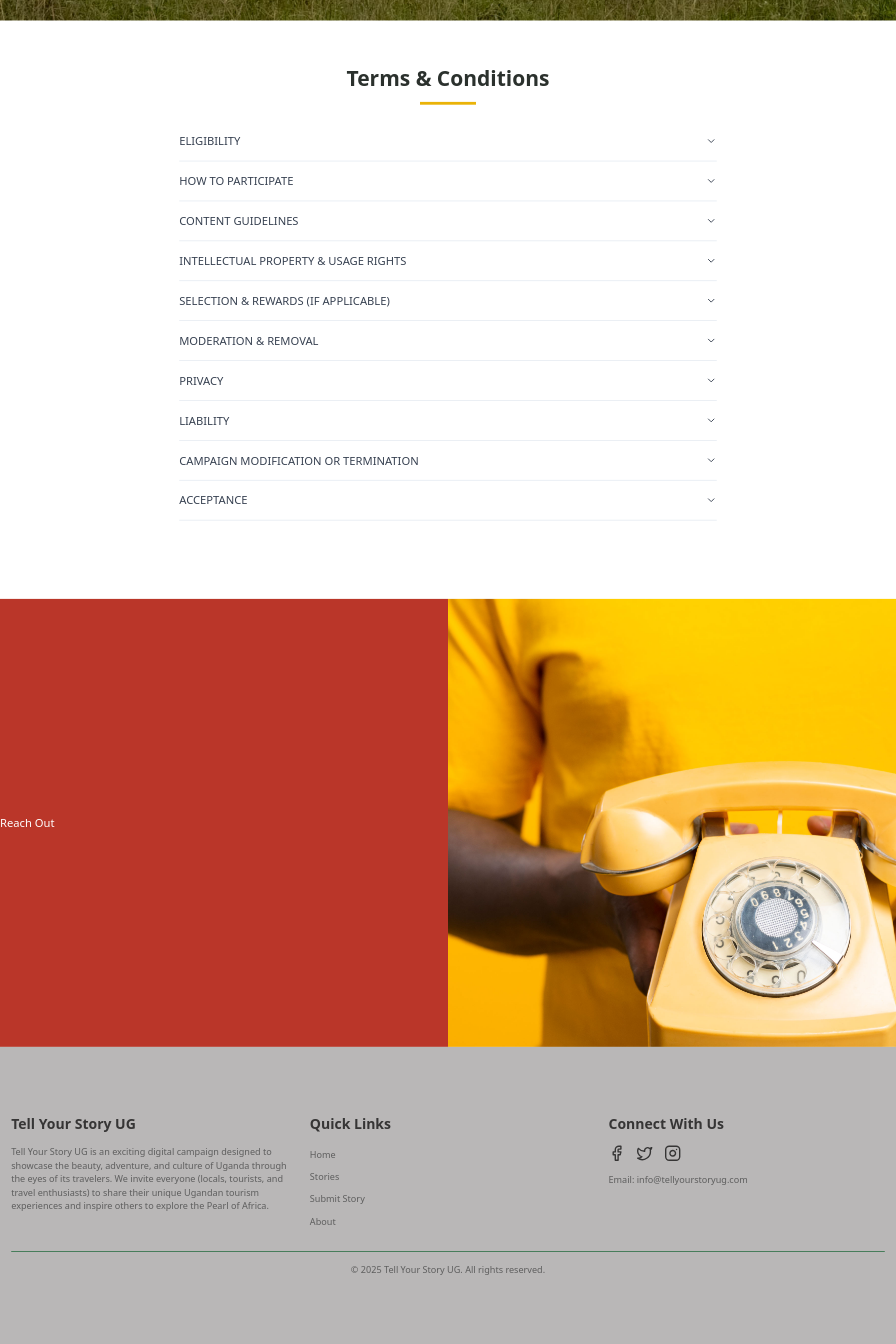
Repository: kaizoku010/take.part
Page: /
The author's editor kept a copy of each file at every save. The page is drawn from the files as they stood at one save, then again after a run of saves.
The browser window is 1280 px wide. The pictures show the part of the page from y = 3382 to 5302 px (the page is 5302 px tall), at 70% of full size.
Backgrounds fixed to the window are drawn as part of the page. The project was rebuilt for these pictures with package versions that can differ from the ones it lists, and the page was loaded fresh each time. Also part of the build but not shown: vite.config.ts, src/components/ui/tooltip.tsx, src/pages/About.tsx, src/components/ui/input.tsx, src/pages/Stories.tsx, src/pages/StoryDetail.tsx, src/components/ui/use-toast.ts, src/components/ui/label.tsx and 3 more.

Above is the page before, as saved 2025-04-14 16:57:33.

### index.html

<!DOCTYPE html>
<html lang="en">
  <head>
    <meta charset="UTF-8" />
    <meta name="viewport" content="width=device-width, initial-scale=1.0" />
    <title>TAKE PART</title>
    <meta name="description" content="Share your Ugandan tourism experiences and inspire others to explore the Pearl of Africa" />
    <meta name="author" content="muneza dixon" />

    <meta property="og:title" content="Tell Your Story UG - Explore Uganda" />
    <meta property="og:description" content="Share your Ugandan tourism experiences and inspire others to explore the Pearl of Africa" />

    <!-- Meta Pixel Code -->
    <script>
    !function(f,b,e,v,n,t,s)
    {if(f.fbq)return;n=f.fbq=function(){n.callMethod?
    n.callMethod.apply(n,arguments):n.queue.push(arguments)};
    if(!f._fbq)f._fbq=n;n.push=n;n.loaded=!0;n.version='2.0';
    n.queue=[];t=b.createElement(e);t.async=!0;
    t.src=v;s=b.getElementsByTagName(e)[0];
    s.parentNode.insertBefore(t,s)}(window, document,'script',
    'https://connect.facebook.net/en_US/fbevents.js');
    fbq('init', '1846327909352916');
    fbq('track', 'PageView');
    </script>
    <!-- End Meta Pixel Code -->
  </head>

  <body>
    <div id="root"></div>
    <!-- Facebook Pixel noscript -->
    <noscript><img height="1" width="1" style="display:none"
    src="https://www.facebook.com/tr?id=1846327909352916&ev=PageView&noscript=1"
    /></noscript>
    <!-- IMPORTANT: DO NOT REMOVE THIS SCRIPT TAG OR THIS VERY COMMENT! -->
    <script src="https://cdn.gpteng.co/gptengineer.js" type="module"></script>
    <script type="module" src="/src/main.tsx"></script>
  </body>
</html>

### src/App.tsx

import { Toaster } from "@/components/ui/toaster";
import { Toaster as Sonner } from "@/components/ui/sonner";
import { TooltipProvider } from "@/components/ui/tooltip";
import { QueryClient, QueryClientProvider } from "@tanstack/react-query";
import { BrowserRouter, Routes, Route } from "react-router-dom";
import Home from "./pages/Home";
import About from "./pages/About";
import Stories from "./pages/Stories";
import StoryDetail from "./pages/StoryDetail";
import SubmitStory from "./pages/SubmitStory";
import NotFound from "./pages/NotFound";
import "./mdx.css";
import "./mobile.css"

const queryClient = new QueryClient();

const App = () => (
  <QueryClientProvider client={queryClient}>
    <TooltipProvider>
      <Toaster />
      <Sonner />
      <BrowserRouter>
        <Routes>
          <Route path="/" element={<Home />} />
          <Route path="/about" element={<About />} />
          <Route path="/stories" element={<Stories />} />
          <Route path="/stories/:id" element={<StoryDetail />} />
          <Route path="/submit-story" element={<SubmitStory />} />
          {/* ADD ALL CUSTOM ROUTES ABOVE THE CATCH-ALL "*" ROUTE */}
          <Route path="*" element={<NotFound />} />
        </Routes>
      </BrowserRouter>
    </TooltipProvider>
  </QueryClientProvider>
);

export default App;

### src/index.css
@tailwind base;
@tailwind components;
@tailwind utilities;

@layer base {
  :root {
    --background: 0 0% 100%;
    --foreground: 222.2 84% 4.9%;

    --card: 0 0% 100%;
    --card-foreground: 222.2 84% 4.9%;

    --popover: 0 0% 100%;
    --popover-foreground: 222.2 84% 4.9%;

    /* Main Orange/Gold */
    --primary: 41.81 100% 49.8%;
    --primary-foreground: 210 40% 98%;

    /* Rust Red */
    --secondary: 5.38 63.88% 44.51%;
    --secondary-foreground: 210 40% 98%;

    /* Change accent to Rust Red */
    --accent: 5.38 63.88% 44.51%;
    --accent-foreground: 210 40% 98%;

    --muted: 210 40% 96.1%;
    --muted-foreground: 215.4 16.3% 46.9%;

    --destructive: 0 84.2% 60.2%;
    --destructive-foreground: 210 40% 98%;

    --border: 214.3 31.8% 91.4%;
    --input: 214.3 31.8% 91.4%;
    --ring: 5.38 63.88% 44.51%;  /* Changed to Rust Red */

    --radius: 0.5rem;

    --sidebar-background: 0 0% 98%;

    --sidebar-foreground: 240 5.3% 26.1%;

    --sidebar-primary: 240 5.9% 10%;

    --sidebar-primary-foreground: 0 0% 98%;

    --sidebar-accent: 240 4.8% 95.9%;

    --sidebar-accent-foreground: 240 5.9% 10%;

    --sidebar-border: 220 13% 91%;

    --sidebar-ring: 217.2 91.2% 59.8%;
  }

  .dark {
    --background: 222.2 84% 4.9%;
    --foreground: 210 40% 98%;

    --card: 222.2 84% 4.9%;
    --card-foreground: 210 40% 98%;

    --popover: 222.2 84% 4.9%;
    --popover-foreground: 210 40% 98%;

    /* Main Orange/Gold */
    --primary: 41.81 100% 49.8%;
    --primary-foreground: 210 40% 98%;

    /* Rust Red */
    --secondary: 5.38 63.88% 44.51%;
    --secondary-foreground: 210 40% 98%;

    /* Change accent to Rust Red */
    --accent: 5.38 63.88% 44.51%;
    --accent-foreground: 210 40% 98%;

    --muted: 217.2 32.6% 17.5%;
    --muted-foreground: 215 20.2% 65.1%;

    --destructive: 0 62.8% 30.6%;
    --destructive-foreground: 210 40% 98%;

    --border: 217.2 32.6% 17.5%;
    --input: 217.2 32.6% 17.5%;
    --ring: 5.38 63.88% 44.51%;  /* Changed to Rust Red */
    --sidebar-background: 240 5.9% 10%;
    --sidebar-foreground: 240 4.8% 95.9%;
    --sidebar-primary: 224.3 76.3% 48%;
    --sidebar-primary-foreground: 0 0% 100%;
    --sidebar-accent: 240 3.7% 15.9%;
    --sidebar-accent-foreground: 240 4.8% 95.9%;
    --sidebar-border: 240 3.7% 15.9%;
    --sidebar-ring: 217.2 91.2% 59.8%;
  }
}

@layer base {
  * {
    @apply border-border;
  }

  body {
    @apply bg-background text-foreground;
  }
}

### src/components/ui/toaster.tsx
import { useToast } from "@/hooks/use-toast"
import {
  Toast,
  ToastClose,
  ToastDescription,
  ToastProvider,
  ToastTitle,
  ToastViewport,
} from "@/components/ui/toast"

export function Toaster() {
  const { toasts } = useToast()

  return (
    <ToastProvider>
      {toasts.map(function ({ id, title, description, action, ...props }) {
        return (
          <Toast key={id} {...props}>
            <div className="grid gap-1">
              {title && <ToastTitle>{title}</ToastTitle>}
              {description && (
                <ToastDescription>{description}</ToastDescription>
              )}
            </div>
            {action}
            <ToastClose />
          </Toast>
        )
      })}
      <ToastViewport />
    </ToastProvider>
  )
}

### src/components/ui/sonner.tsx
import { useTheme } from "next-themes"
import { Toaster as Sonner, toast } from "sonner"

type ToasterProps = React.ComponentProps<typeof Sonner>

const Toaster = ({ ...props }: ToasterProps) => {
  const { theme = "system" } = useTheme()

  return (
    <Sonner
      theme={theme as ToasterProps["theme"]}
      className="toaster group"
      toastOptions={{
        classNames: {
          toast:
            "group toast group-[.toaster]:bg-background group-[.toaster]:text-foreground group-[.toaster]:border-border group-[.toaster]:shadow-lg",
          description: "group-[.toast]:text-muted-foreground",
          actionButton:
            "group-[.toast]:bg-primary group-[.toast]:text-primary-foreground",
          cancelButton:
            "group-[.toast]:bg-muted group-[.toast]:text-muted-foreground",
        },
      }}
      {...props}
    />
  )
}

export { Toaster, toast }

### src/mdx.css
#hero-text{
    font-size: 1.2rem !important;
    line-height: unset !important;
}

#logo{
    width: 6rem !important;
}

#nav{
    background-color: white !important;

}

#link{
    font-size: small !important;
    font-weight: 500;
color:rgba(0, 0, 0, 0.658) !important;
}


.bg-green-800{
    background-color: #ba3629 !important;
}

.bg-yellow-800{
    background-color: rgb(254, 177, 0) !important;
}


.bg-yellow-dx{
    background-color: rgb(254, 177, 0) !important;
}

.bg-green-900 {
    color: rgb(54, 53, 53) !important;
background-color: rgb(185, 183, 183) !important;
}


.text-green-800 {
    --tw-text-opacity: 1;
    color: rgb(43 49 45) !important;
}


.text-gray-hound{
    font-size: small;
    color: rgb(94, 94, 94) !important;
}


#carousel-section{
    padding-top: 5rem;
    padding-bottom: 5rem;
    background-color: #feb100 !important;
}

.bg-background {
    background-color: #212120 !important;
}

#prizes-section{
    height: 40rem !important;
    display: flex;
    padding-left: 10rem;
    background-position: bottom;
    background-attachment: fixed;
    width: 100%;
    background-image: url("../src/media/zebs.jpg");
}


.content-prizes{
display: flex;
/* background-color: red; */
width: 100%;
flex-direction: column;
justify-content: center;
}

.content-prizes-2{
display: flex;
background-color: transparent;
width: 100%;
flex-direction: column;
}

.win-title{

    font-weight: 800;
    font-size: 2rem;
    margin-bottom: 1rem;
    color: white;
}

.prize{
    display: flex;

    /* margin-bottom: 1rem; */
    font-weight: 200;
    /* font-size: 2rem; */
    align-items: center;
    color: white;
}

.prize img{
    width: 2.5rem;
    height: 2rem;
}


.take-part{
    background-color: #feb100;
    color: rgb(54, 52, 52);
    padding: 0.7rem;
    margin-top: 2rem;
    width: 10rem;
    font-weight: bold;
    font-size: small;
    border-radius: 10px;

}

.take-part:hover{
    color: white !important;
background-color: #ba3629 !important;
}


#vist-ug{
    background-color: #ba3629 !important;
}


#vist-ug:hover{
    background-color: transparent !important;
}


#footer{
    padding-top: 6rem;
    padding-bottom: 6rem;
}

#cta{
    height: 30rem;
    display: flex;
    flex-direction: column;
    justify-content: center;
    /* padding-top: 5rem !important;
    padding-bottom: 5rem !important; */
}


#contact{
    display: flex;
    /* background-image: url("../src/media/call.jpg"); */
}


#cta-section{
    width: 100%;
    height: 40rem;
    justify-content: center;
    display: flex;
    color: white;
    flex-direction: column;
    background-color: #ba3629 !important;
}

#cta-section-2{
    width: 100%;
    height: 40rem;
    background-size: cover;
    background-image: url("../src/media/call.jpg");
    background-color: #feb100 !important;
}

### src/mobile.css
@media (max-width: 768px) {
    header {
      padding: 0.5rem 0;
    }

    .mobile-menu {
      position: absolute;
      top: 100%;
      left: 0;
      right: 0;
      background-color: #166534; /* green-800 */
      padding: 1rem;
      box-shadow: 0 2px 4px rgba(0,0,0,0.1);
    }

    .mobile-menu a {
      display: block;
      padding: 0.75rem 1rem;
      color: white;
      border-bottom: 1px solid rgba(255,255,255,0.1);
    }

    .mobile-menu a:last-child {
      border-bottom: none;
    }
  }

### src/components/ui/button.tsx
import * as React from "react"
import { Slot } from "@radix-ui/react-slot"
import { cva, type VariantProps } from "class-variance-authority"

import { cn } from "@/lib/utils"

const buttonVariants = cva(
  "inline-flex items-center justify-center gap-2 whitespace-nowrap rounded-md text-sm font-medium ring-offset-background transition-colors focus-visible:outline-none focus-visible:ring-2 focus-visible:ring-ring focus-visible:ring-offset-2 disabled:pointer-events-none disabled:opacity-50 [&_svg]:pointer-events-none [&_svg]:size-4 [&_svg]:shrink-0",
  {
    variants: {
      variant: {
        default: "bg-primary text-primary-foreground hover:bg-primary/90",
        destructive:
          "bg-destructive text-destructive-foreground hover:bg-destructive/90",
        outline:
          "border border-input bg-background hover:bg-accent hover:text-accent-foreground",
        secondary:
          "bg-secondary text-secondary-foreground hover:bg-secondary/80",
        ghost: "hover:bg-accent hover:text-accent-foreground",
        link: "text-primary underline-offset-4 hover:underline",
      },
      size: {
        default: "h-10 px-4 py-2",
        sm: "h-9 rounded-md px-3",
        lg: "h-11 rounded-md px-8",
        icon: "h-10 w-10",
      },
    },
    defaultVariants: {
      variant: "default",
      size: "default",
    },
  }
)

export interface ButtonProps
  extends React.ButtonHTMLAttributes<HTMLButtonElement>,
    VariantProps<typeof buttonVariants> {
  asChild?: boolean
}

const Button = React.forwardRef<HTMLButtonElement, ButtonProps>(
  ({ className, variant, size, asChild = false, ...props }, ref) => {
    const Comp = asChild ? Slot : "button"
    return (
      <Comp
        className={cn(buttonVariants({ variant, size, className }))}
        ref={ref}
        {...props}
      />
    )
  }
)
Button.displayName = "Button"

export { Button, buttonVariants }

### src/components/ui/card.tsx
import * as React from "react"

import { cn } from "@/lib/utils"

const Card = React.forwardRef<
  HTMLDivElement,
  React.HTMLAttributes<HTMLDivElement>
>(({ className, ...props }, ref) => (
  <div
    ref={ref}
    className={cn(
      "rounded-lg border bg-card text-card-foreground shadow-sm",
      className
    )}
    {...props}
  />
))
Card.displayName = "Card"

const CardHeader = React.forwardRef<
  HTMLDivElement,
  React.HTMLAttributes<HTMLDivElement>
>(({ className, ...props }, ref) => (
  <div
    ref={ref}
    className={cn("flex flex-col space-y-1.5 p-6", className)}
    {...props}
  />
))
CardHeader.displayName = "CardHeader"

const CardTitle = React.forwardRef<
  HTMLParagraphElement,
  React.HTMLAttributes<HTMLHeadingElement>
>(({ className, ...props }, ref) => (
  <h3
    ref={ref}
    className={cn(
      "text-2xl font-semibold leading-none tracking-tight",
      className
    )}
    {...props}
  />
))
CardTitle.displayName = "CardTitle"

const CardDescription = React.forwardRef<
  HTMLParagraphElement,
  React.HTMLAttributes<HTMLParagraphElement>
>(({ className, ...props }, ref) => (
  <p
    ref={ref}
    className={cn("text-sm text-muted-foreground", className)}
    {...props}
  />
))
CardDescription.displayName = "CardDescription"

const CardContent = React.forwardRef<
  HTMLDivElement,
  React.HTMLAttributes<HTMLDivElement>
>(({ className, ...props }, ref) => (
  <div ref={ref} className={cn("p-6 pt-0", className)} {...props} />
))
CardContent.displayName = "CardContent"

const CardFooter = React.forwardRef<
  HTMLDivElement,
  React.HTMLAttributes<HTMLDivElement>
>(({ className, ...props }, ref) => (
  <div
    ref={ref}
    className={cn("flex items-center p-6 pt-0", className)}
    {...props}
  />
))
CardFooter.displayName = "CardFooter"

export { Card, CardHeader, CardFooter, CardTitle, CardDescription, CardContent }

### src/components/layout/Layout.tsx

import { ReactNode } from "react";
import Header from "./Header";
import Footer from "./Footer";

interface LayoutProps {
  children: ReactNode;
}

const Layout = ({ children }: LayoutProps) => {
  return (
    <div className="flex flex-col min-h-screen">
      <Header />
      <main className="flex-grow">
        {children}
      </main>
      <Footer />
    </div>
  );
};

export default Layout;

### src/components/ui/accordion.tsx
import * as React from "react"
import * as AccordionPrimitive from "@radix-ui/react-accordion"
import { ChevronDown } from "lucide-react"

import { cn } from "@/lib/utils"

const Accordion = AccordionPrimitive.Root

const AccordionItem = React.forwardRef<
  React.ElementRef<typeof AccordionPrimitive.Item>,
  React.ComponentPropsWithoutRef<typeof AccordionPrimitive.Item>
>(({ className, ...props }, ref) => (
  <AccordionPrimitive.Item
    ref={ref}
    className={cn("border-b", className)}
    {...props}
  />
))
AccordionItem.displayName = "AccordionItem"

const AccordionTrigger = React.forwardRef<
  React.ElementRef<typeof AccordionPrimitive.Trigger>,
  React.ComponentPropsWithoutRef<typeof AccordionPrimitive.Trigger>
>(({ className, children, ...props }, ref) => (
  <AccordionPrimitive.Header className="flex">
    <AccordionPrimitive.Trigger
      ref={ref}
      className={cn(
        "flex flex-1 items-center justify-between py-4 font-medium transition-all hover:underline [&[data-state=open]>svg]:rotate-180",
        className
      )}
      {...props}
    >
      {children}
      <ChevronDown className="h-4 w-4 shrink-0 transition-transform duration-200" />
    </AccordionPrimitive.Trigger>
  </AccordionPrimitive.Header>
))
AccordionTrigger.displayName = AccordionPrimitive.Trigger.displayName

const AccordionContent = React.forwardRef<
  React.ElementRef<typeof AccordionPrimitive.Content>,
  React.ComponentPropsWithoutRef<typeof AccordionPrimitive.Content>
>(({ className, children, ...props }, ref) => (
  <AccordionPrimitive.Content
    ref={ref}
    className="overflow-hidden text-sm transition-all data-[state=closed]:animate-accordion-up data-[state=open]:animate-accordion-down"
    {...props}
  >
    <div className={cn("pb-4 pt-0", className)}>{children}</div>
  </AccordionPrimitive.Content>
))

AccordionContent.displayName = AccordionPrimitive.Content.displayName

export { Accordion, AccordionItem, AccordionTrigger, AccordionContent }

Loaded but not shown: src/main.tsx (common file); src/hooks/use-toast.ts (common file); src/lib/utils.ts (common file); src/pages/Home.tsx (608 lines, source omitted); src/components/ui/carousel.tsx (260 lines, source omitted); src/components/ui/toast.tsx (127 lines, source omitted); src/components/layout/Header.tsx (66 lines, source omitted); src/components/layout/Footer.tsx (54 lines, source omitted); tailwind.config.ts (98 lines, source omitted)

After the next 4 saves:
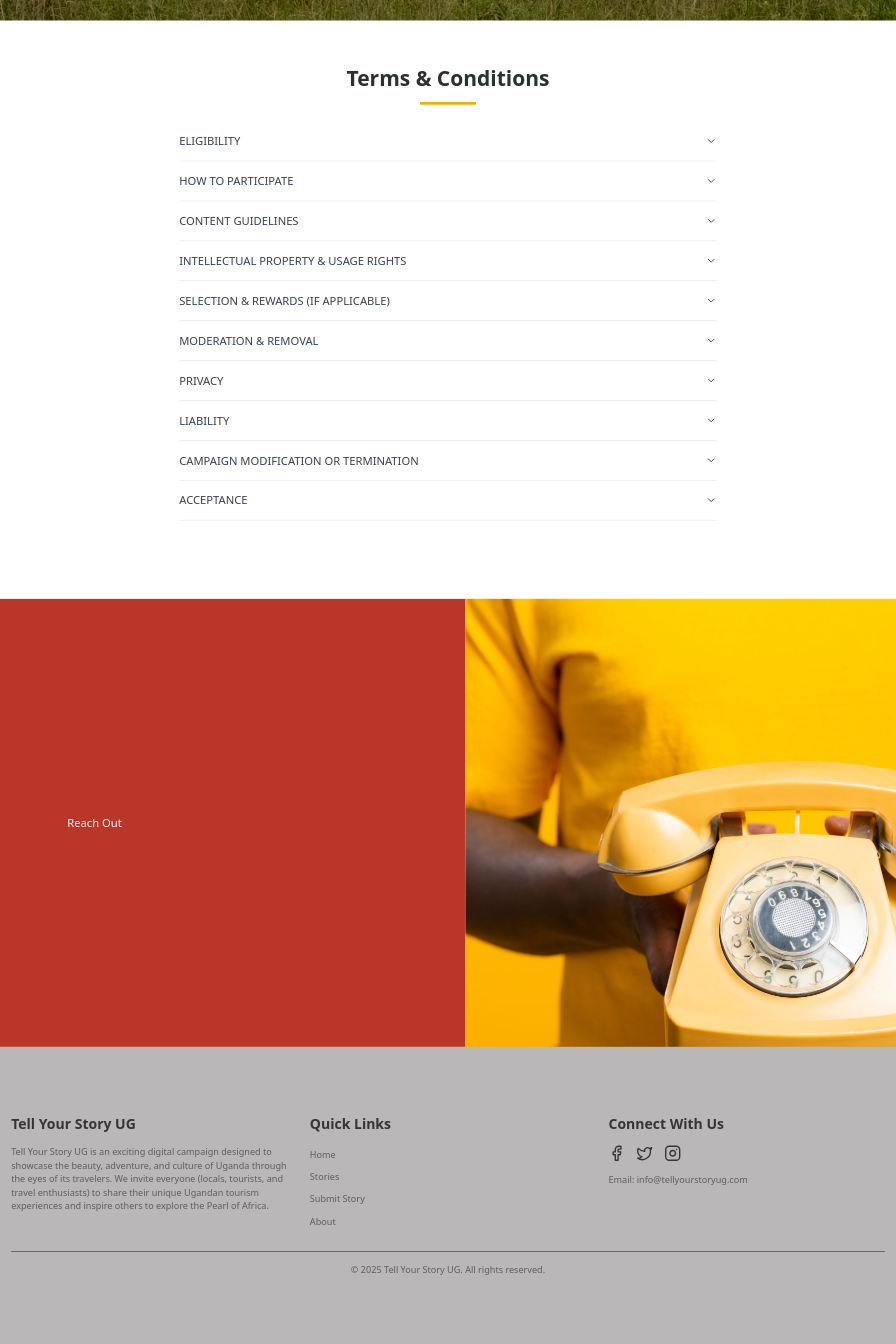
The 4 saves are shown as one change because they came seconds apart.
The last was saved 9 s later.
--- a/src/mdx.css
+++ b/src/mdx.css
@@ -165,6 +165,7 @@
     justify-content: center;
     display: flex;
     color: white;
+    padding-left: 6rem;
     flex-direction: column;
     background-color: #ba3629 !important;
 }

After the save that followed:
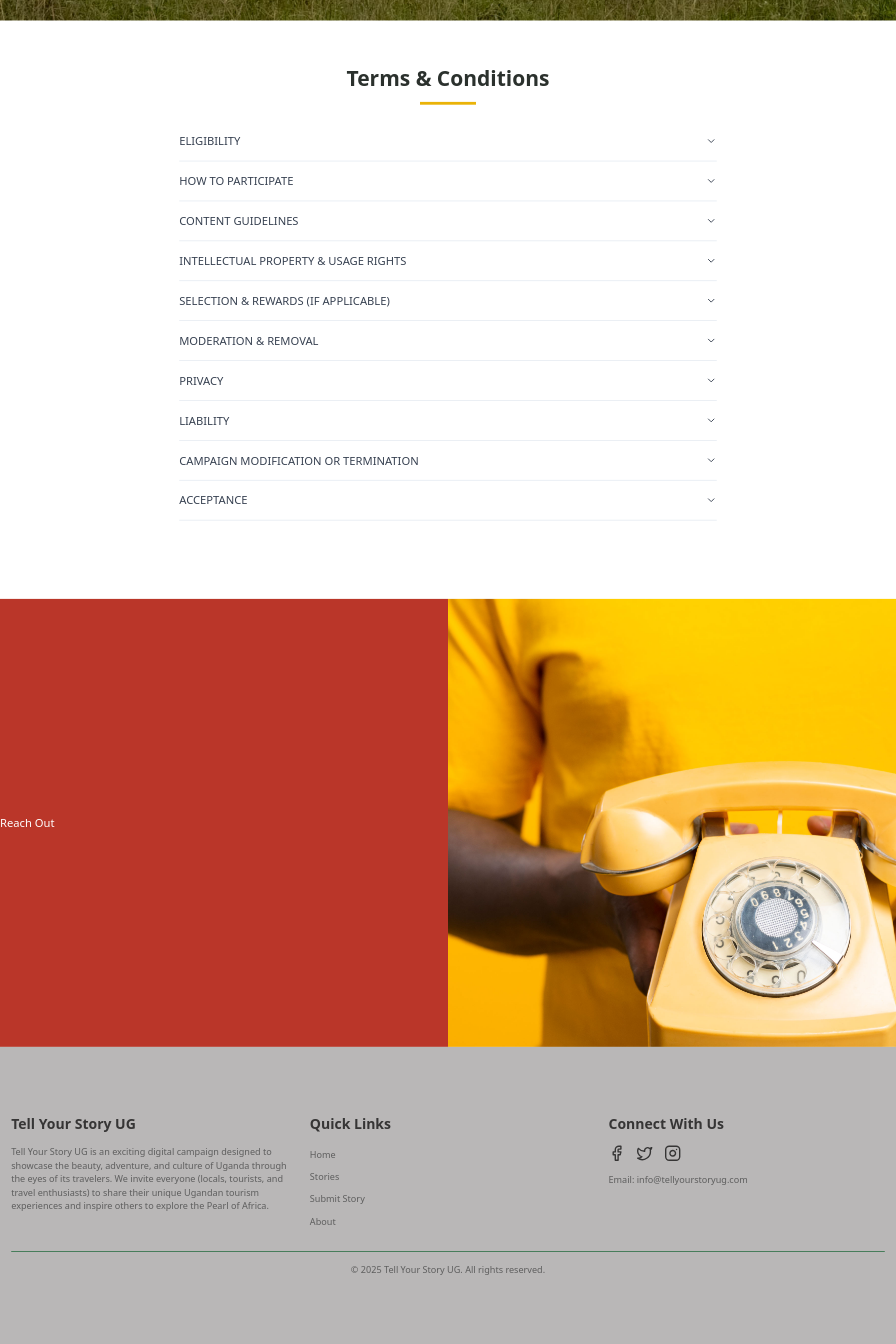
Saved 9 s later.
--- a/src/mdx.css
+++ b/src/mdx.css
@@ -165,7 +165,6 @@
     justify-content: center;
     display: flex;
     color: white;
-    padding-left: 6rem;
     flex-direction: column;
     background-color: #ba3629 !important;
 }
